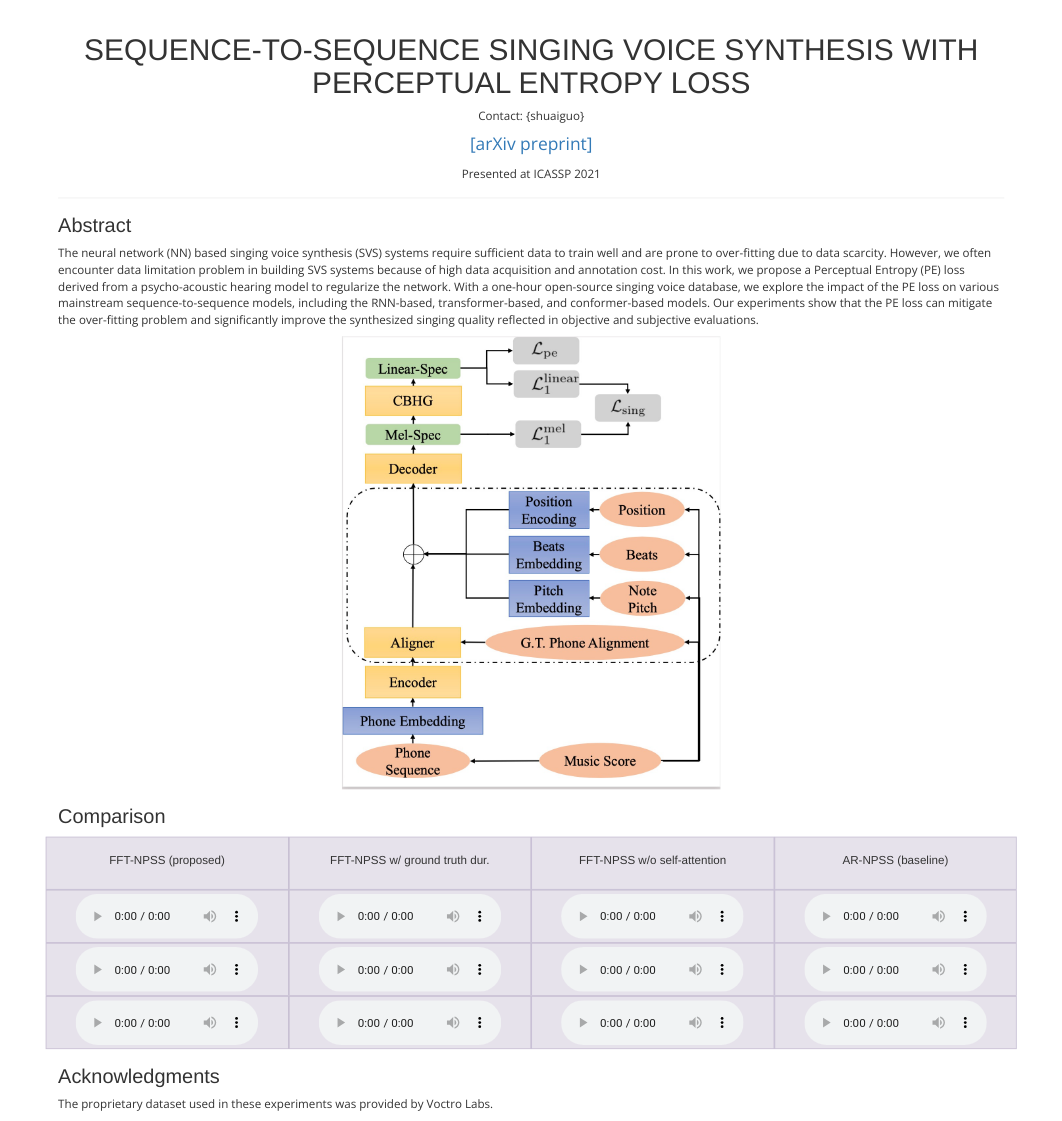
Repository: PeterGuoRuc/SVS_pe.github.io
Page: index.html
An editor plug-in stored every save of this project. The page is shown before and after the next save, followed by the edit.
The browser window is 1280 px wide. The pictures show the whole page, at 83% of full size.

Above is the page before, as saved 2021-06-06 16:43:22.

After the next save:
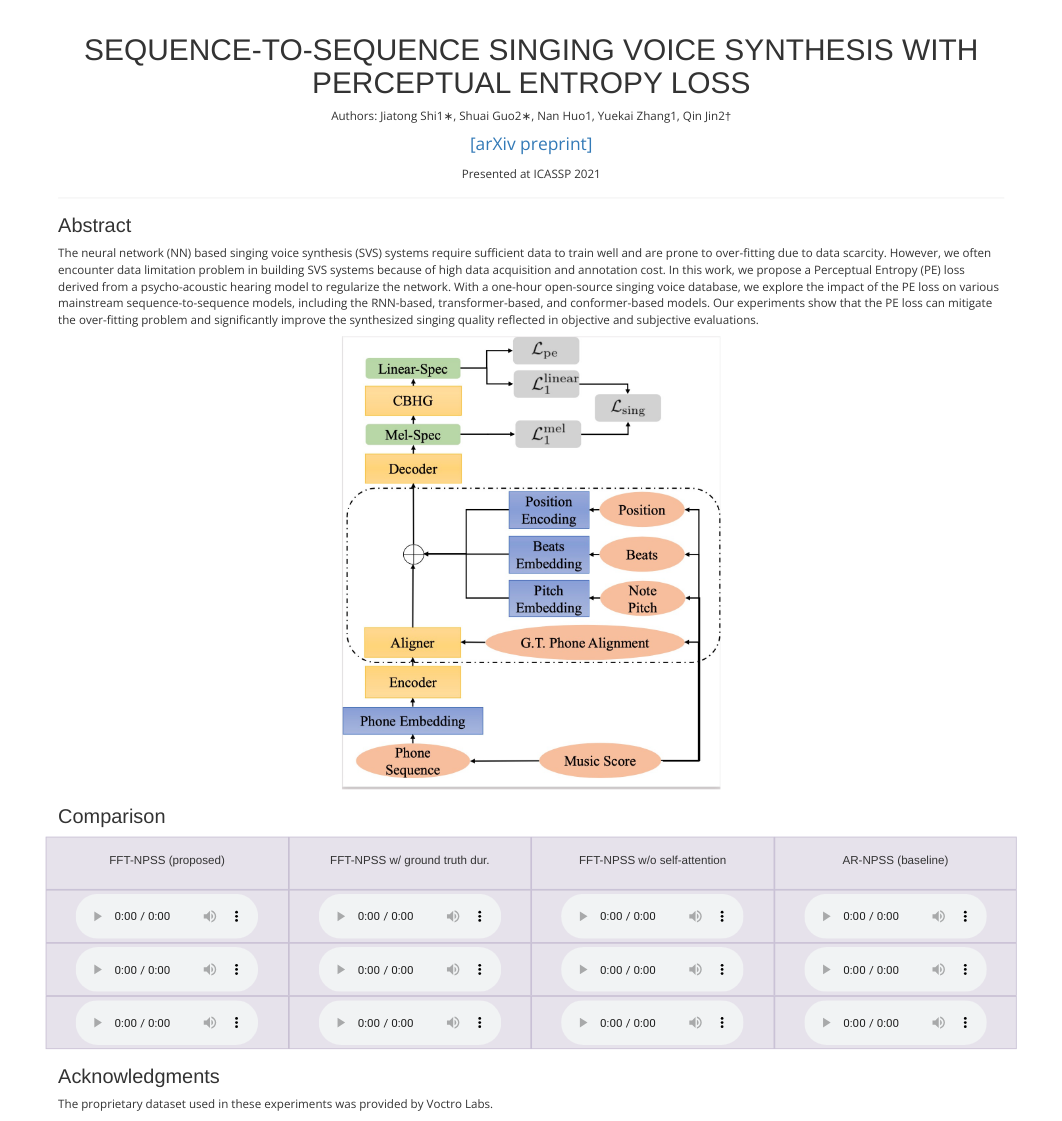
Saved 93 s later.
--- a/index.html
+++ b/index.html
@@ -42,7 +42,7 @@
         <h1>
           SEQUENCE-TO-SEQUENCE SINGING VOICE SYNTHESIS WITH PERCEPTUAL ENTROPY LOSS
         </h1>
-        <p class="centered">Contact: {shuaiguo}</p>
+        <p class="centered">Authors: Jiatong Shi1∗, Shuai Guo2∗, Nan Huo1, Yuekai Zhang1, Qin Jin2†</p>
         <p class="lead">
           <a class="lead_link" href="https://arxiv.org/abs/2010.12024">[arXiv preprint]</a>
         </p>
